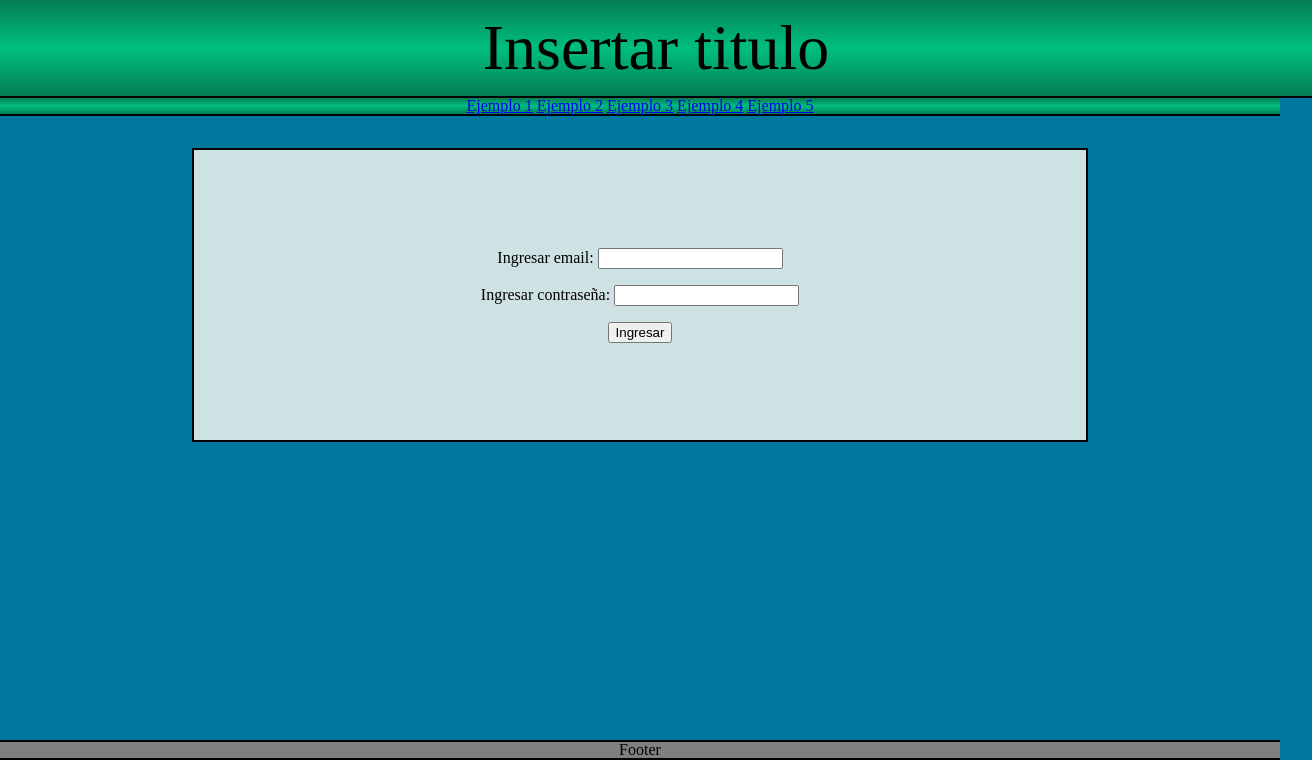
Repository: FacundoKinderknecht/Parcial-2-LPPA
Page: login/login.html
The author's editor kept a copy of each file at every save. The page is drawn from the files as they stood at one save, then again after a run of saves.
The browser window is 1280 px wide. The page is 1312 px wide, so the pictures cover 1312 px, including what lies to the right of the window. The pictures show the whole page.

Above is the page before, as saved 2022-07-06 10:30:23.

### login/login.html
<!DOCTYPE html>
<html lang="en">
<head>
    <meta charset="UTF-8">
    <meta http-equiv="X-UA-Compatible" content="IE=edge">
    <meta name="viewport" content="width=device-width, initial-scale=1.0">
    <title>Document</title>
    <link rel="stylesheet" href="/reset.css">
    <link rel="stylesheet" href="/login/login.css">
    <script src="/login/login.js"></script>
</head>
<body>
    <header>
        <h1>Insertar titulo</h1>
    </header>
    <nav>
        <li>
            <a href="#">Ejemplo 1</a>
            <a href="#">Ejemplo 2</a>
            <a href="#">Ejemplo 3</a>
            <a href="#">Ejemplo 4</a>
            <a href="#">Ejemplo 5</a>
        </li>
    </nav>
    <main>
        <form>
            <div class="email">
                <label for="email">Ingresar email:</label>
                <input type="text" name="email" id="email">
            </div>
            <div class="contraseña">
                <label for="contraseña">Ingresar contraseña:</label>
                <input type="password" name="contraseña" id="contraseña">
            </div>
            <div class="boton">
                <input type="submit" value="Ingresar">
            </div>
        </form>
    </main>
    <footer>
        <p>Footer</p>
    </footer>
</body>
</html>

### login/login.css
header{
    width: 100%;
    border-bottom: black 2px solid;
    padding: 1rem;
    font-size: 400%;
    background: linear-gradient(to top, rgb(4, 126, 83), rgb(0, 190, 126), rgb(4, 126, 83));
}
nav{
    background: linear-gradient(to top, rgb(4, 126, 83), rgb(0, 190, 126), rgb(4, 126, 83));
    display: block;
    border-bottom: black 2px solid;
    text-decoration: none;
}
li{
    text-decoration: none;
    list-style: none;
    color: black;
}
body{
    background-color: rgb(0, 119, 159);
    height: 100%;
    align-items: center;
    text-align: center;
    margin: 0;
}
main{
    display: inline-block;
    width: 70%;
    padding: 2rem;
    height: 35rem;
}
form{
    background-color: rgb(207, 226, 227);  border: black solid 2px;
    padding: 10%;
}
div{
    padding: 0.5rem;
}
footer{
    border-top: 2px solid black;
    border-bottom: 2px solid black;
    background-color: grey;
    bottom: 0;
    width: 100%;
}

Loaded but not shown: reset.css (common file); login/login.js (no stored copy; drawn as an empty file)

After the next 2 saves:
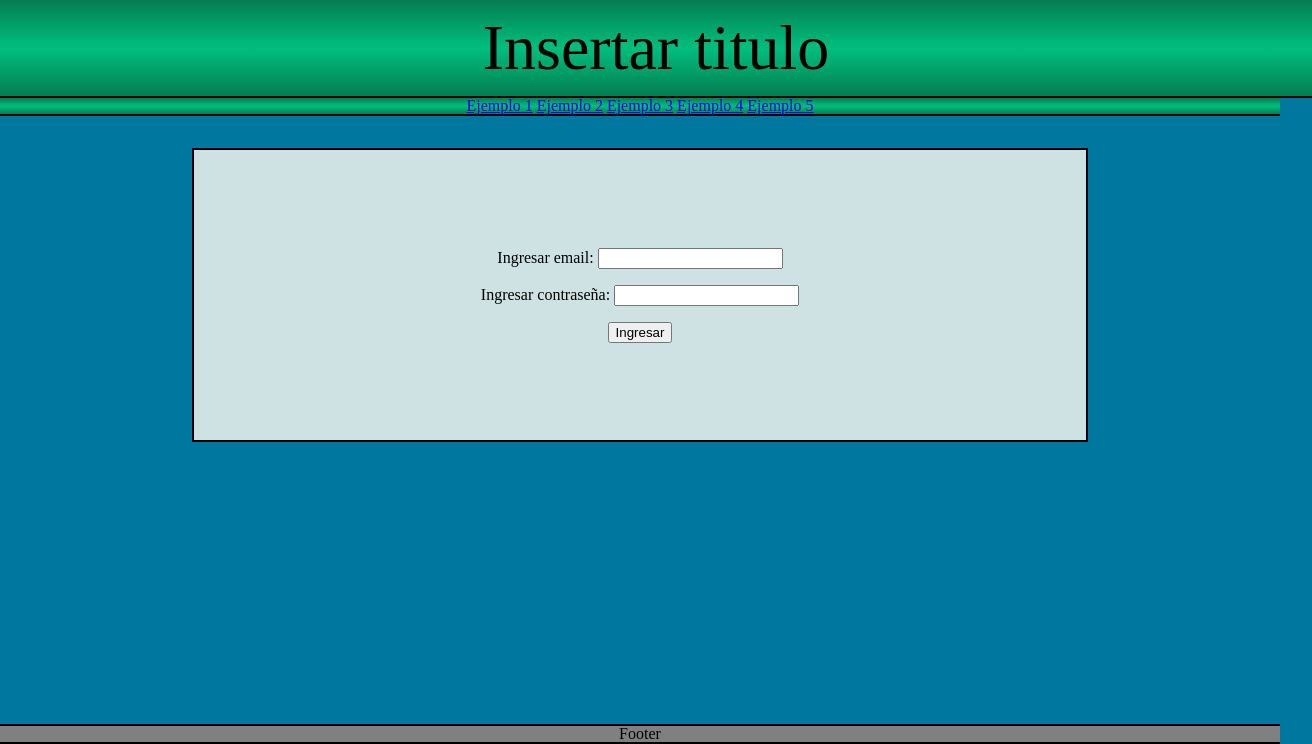
The 2 saves are shown as one change because they came seconds apart.
The last was saved 9 s later.
--- a/login/login.css
+++ b/login/login.css
@@ -27,7 +27,7 @@ main{
     display: inline-block;
     width: 70%;
     padding: 2rem;
-    height: 35rem;
+    height: 34rem;
 }
 form{
     background-color: rgb(207, 226, 227);  border: black solid 2px;
